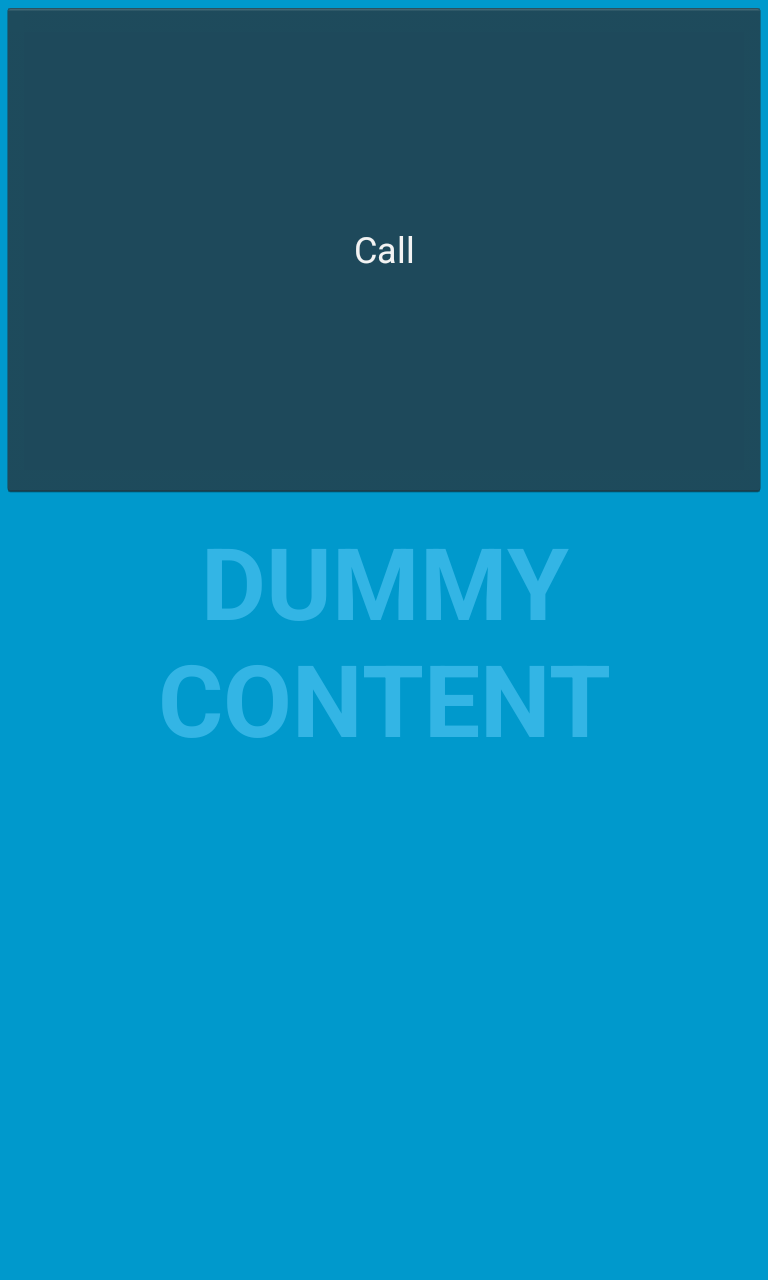
Repository: shababislam/VDialer3000
Layout: VDialer3000/res/layout/activity_fullscreen.xml
The author's editor kept a copy of each file at every save. The layout is drawn from the files as they stood at one save, then again after the next save.
It is drawn on a 768 x 1280 px phone screen (xhdpi) without system bars, with theme FullscreenTheme; the app's code is not run.

Above is the layout before, as saved 2016-12-03 21:51:31.

### VDialer3000/res/layout/activity_fullscreen.xml
<FrameLayout xmlns:android="http://schemas.android.com/apk/res/android"
    xmlns:tools="http://schemas.android.com/tools"
    android:layout_width="match_parent"
    android:layout_height="match_parent"
    android:background="#0099cc"
    tools:context="com.team_a_3000.vdialer.FullscreenActivity" >

    <!--
         The primary full-screen view. This can be replaced with whatever view
         is needed to present your content, e.g. VideoView, SurfaceView,
         TextureView, etc.
    -->

    <TextView
        android:id="@+id/fullscreen_content"
        android:layout_width="match_parent"
        android:layout_height="match_parent"
        android:gravity="center"
        android:keepScreenOn="true"
        android:text="@string/dummy_content"
        android:textColor="#33b5e5"
        android:textSize="50sp"
        android:textStyle="bold" />

    <!--
         This FrameLayout insets its children based on system windows using
         android:fitsSystemWindows.
    -->

    <FrameLayout
        android:layout_width="match_parent"
        android:layout_height="match_parent"
        android:fitsSystemWindows="true" >

        <Button
            android:id="@+id/button1"
            android:layout_width="match_parent"
            android:layout_height="249dp"
            android:text="Call" />

    </FrameLayout>

</FrameLayout>

### VDialer3000/res/values/strings.xml
<?xml version="1.0" encoding="utf-8"?>
<resources>

    <string name="app_name">VDialer</string>
    <string name="dummy_button">Dummy Button</string>
    <string name="dummy_content">DUMMY\nCONTENT</string>

</resources>

Loaded but not shown: VDialer3000/res/values-v11/styles.xml (common file); VDialer3000/res/values/styles.xml (common file); VDialer3000/res/values/colors.xml (common file)

After the next save:
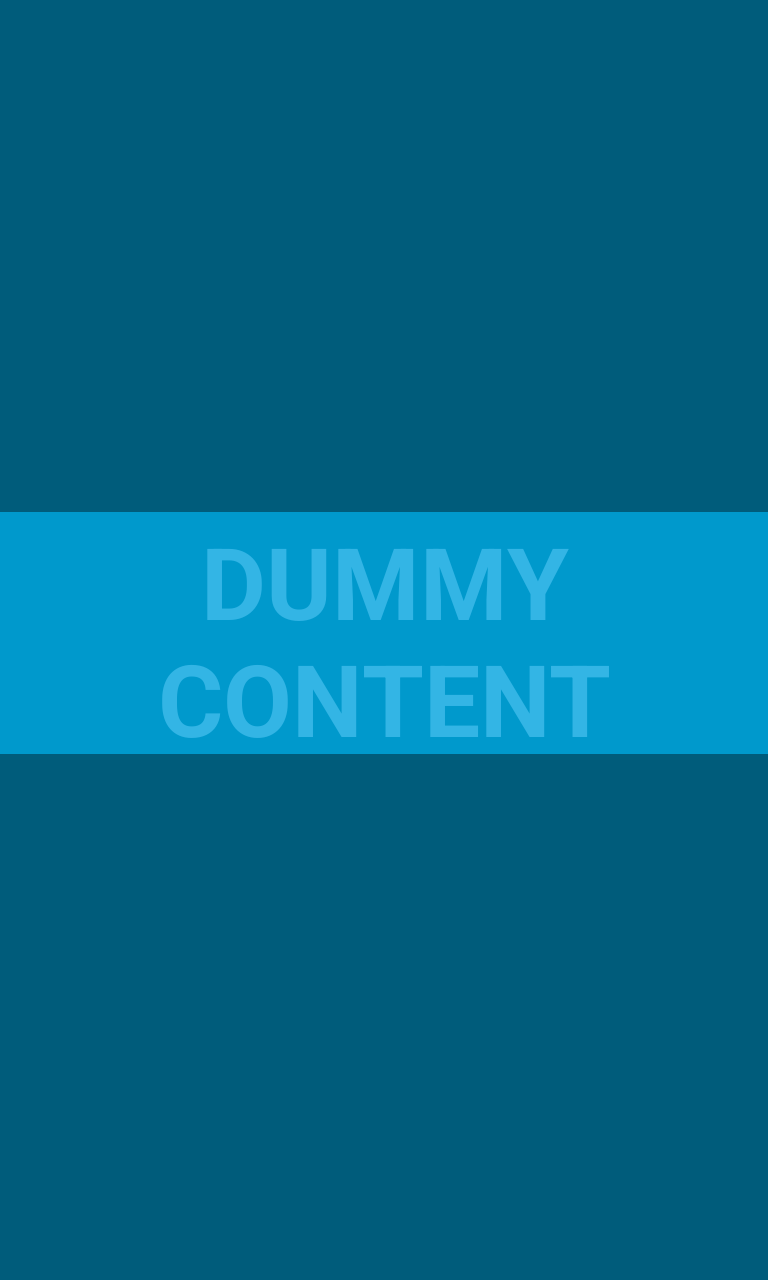
Saved 27 min 44 s later.
--- a/VDialer3000/res/layout/activity_fullscreen.xml
+++ b/VDialer3000/res/layout/activity_fullscreen.xml
@@ -32,11 +32,40 @@
         android:layout_height="match_parent"
         android:fitsSystemWindows="true" >
 
-        <Button
-            android:id="@+id/button1"
+        <LinearLayout
+            android:id="@+id/fullscreen_content_controls"
+            style="?metaButtonBarStyle"
             android:layout_width="match_parent"
-            android:layout_height="249dp"
-            android:text="Call" />
+            android:layout_height="263dp"
+            android:layout_gravity="bottom|center_horizontal"
+            android:background="@color/black_overlay"
+            android:orientation="horizontal"
+            tools:ignore="UselessParent" >
+
+            <Button
+                android:id="@+id/dummy_button"
+                style="?metaButtonBarButtonStyle"
+                android:layout_width="0dp"
+                android:layout_height="252dp"
+                android:text="Call" />
+        </LinearLayout>
+
+        <LinearLayout
+            android:id="@+id/LinearLayout01"
+            style="?metaButtonBarStyle"
+            android:layout_width="match_parent"
+            android:layout_height="256dp"
+            android:background="@color/black_overlay"
+            android:orientation="horizontal"
+            tools:ignore="UselessParent" >
+
+            <Button
+                android:id="@+id/Button01"
+                style="?metaButtonBarButtonStyle"
+                android:layout_width="0dp"
+                android:layout_height="252dp"
+                android:text="Button1" />
+        </LinearLayout>
 
     </FrameLayout>
 
